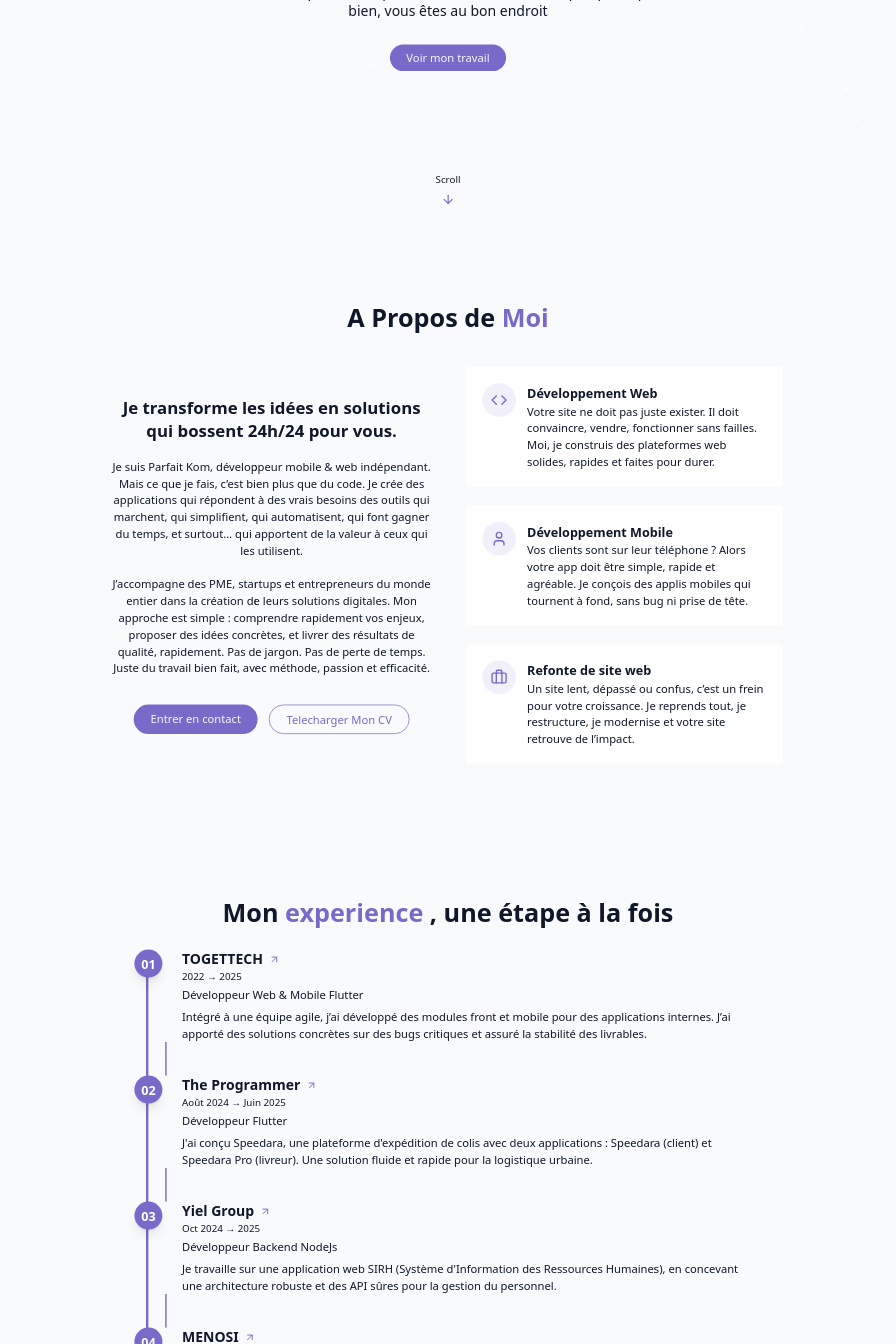
Repository: KOMI18/komi-folio
Page: /
An editor plug-in stored every save of this project. The page is shown before and after the next save, followed by the edit.
The browser window is 1280 px wide. The pictures show the part of the page from y = 382 to 2302 px (the page is 5661 px tall before and 5437 px after), at 70% of full size.
The project was rebuilt for these pictures with package versions that can differ from the ones it lists, and the page was loaded fresh each time. Also part of the build but not shown: vite.config.js, src/pages/NotFound.jsx.

Above is the page before, as saved 2025-06-27 19:37:27.

After the next save:
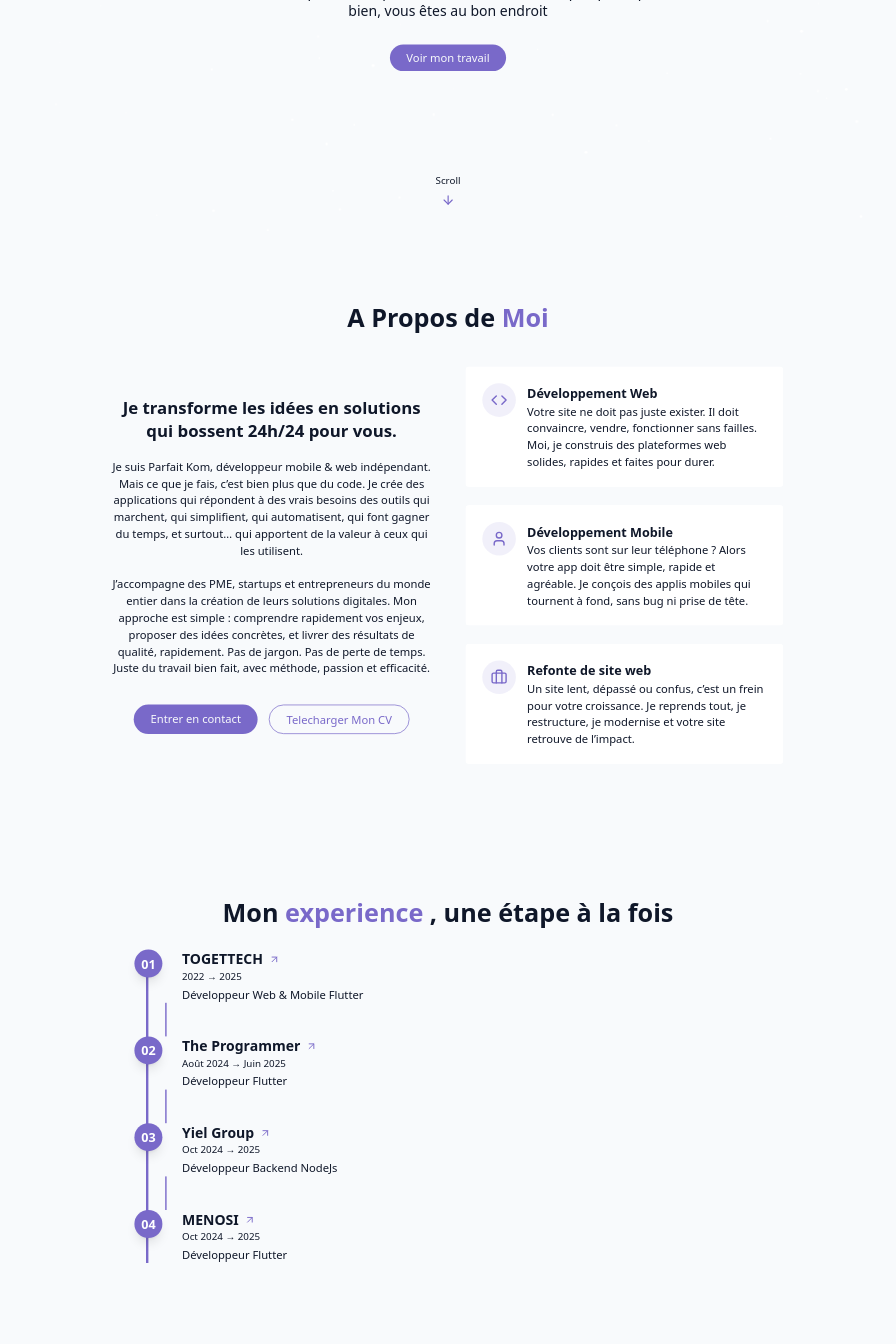
Saved 15 s later.
--- a/src/components/ExperianceSection.jsx
+++ b/src/components/ExperianceSection.jsx
@@ -68,7 +68,7 @@
                 </h3>
                   <p className="text-muted-foreground text-sm mb-1">{exp.period}</p>
                   <p className="text-base font-medium">{exp.role}</p>
-                  <p className="text-muted-foreground mt-2">{exp.description}</p>
+                  {/* <p className="text-muted-foreground mt-2">{exp.description}</p> */}
                 </div>
                 {index !== experiences.length - 1 && (
                   <div className="absolute left-0 top-full h-12 w-0.5 bg-primary"></div>

After the save that followed:
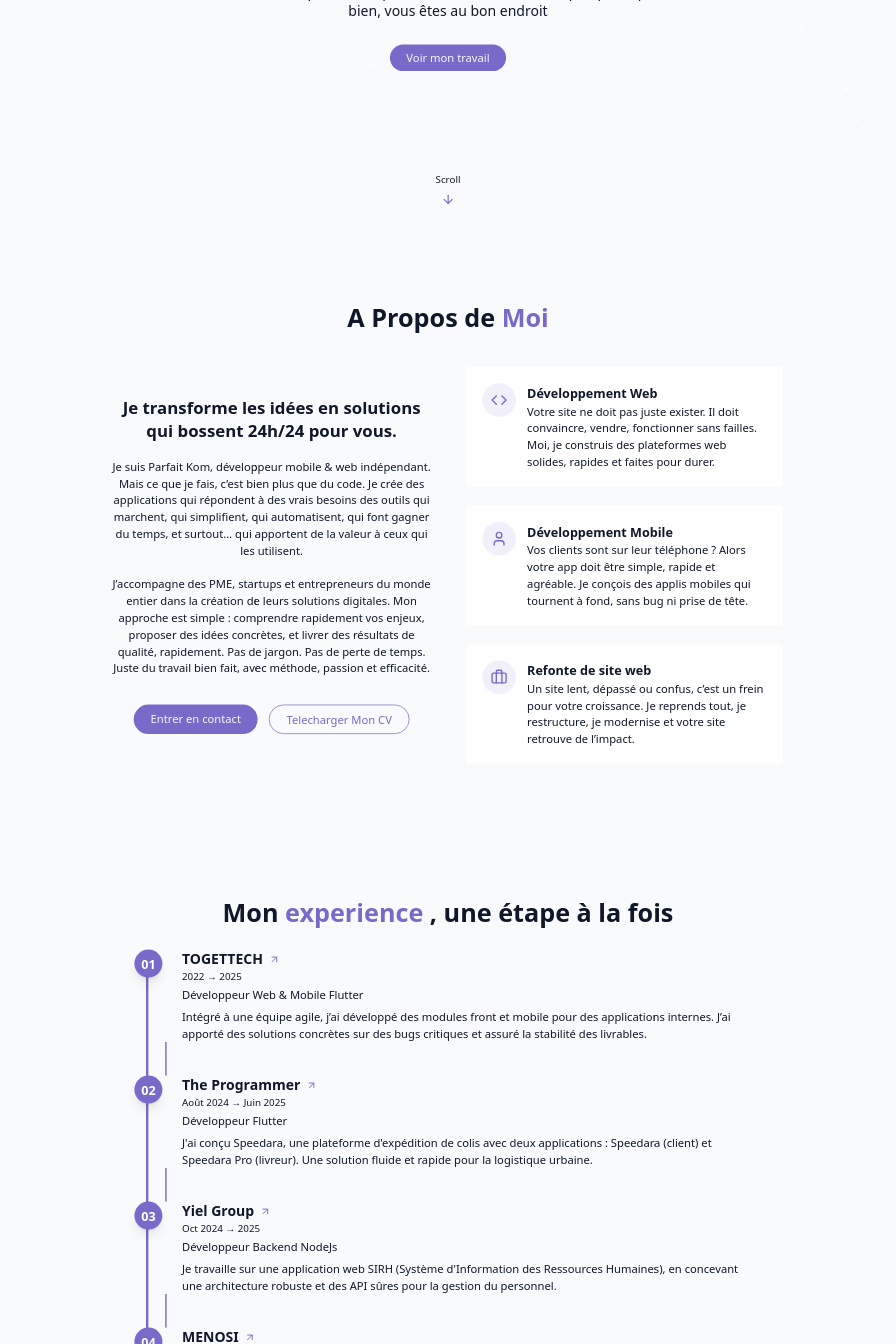
Saved 19 s later.
--- a/src/components/ExperianceSection.jsx
+++ b/src/components/ExperianceSection.jsx
@@ -68,7 +68,7 @@
                 </h3>
                   <p className="text-muted-foreground text-sm mb-1">{exp.period}</p>
                   <p className="text-base font-medium">{exp.role}</p>
-                  {/* <p className="text-muted-foreground mt-2">{exp.description}</p> */}
+                  <p className="text-muted-foreground mt-2">{exp.description}</p>
                 </div>
                 {index !== experiences.length - 1 && (
                   <div className="absolute left-0 top-full h-12 w-0.5 bg-primary"></div>
